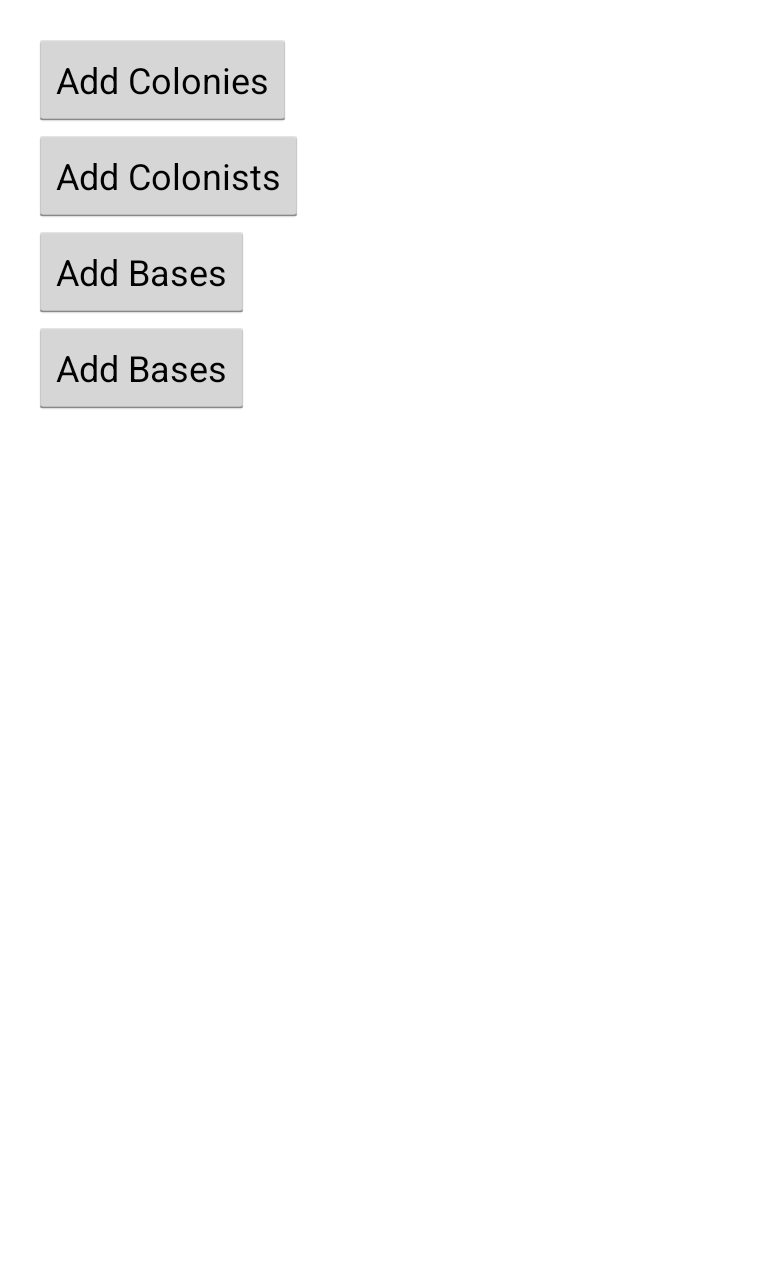
Repository: blender-head/android_basic
Layout: Hello_World/res/layout/activity_config_planet.xml
An editor plug-in stored every save of this project. The layout is shown before and after the next save, followed by the edit.
It is drawn on a 768 x 1280 px phone screen (xhdpi) without system bars, with theme AppTheme; the app's code is not run.

Above is the layout before, as saved 2013-12-31 17:29:15.

### Hello_World/res/layout/activity_config_planet.xml
<LinearLayout xmlns:android="http://schemas.android.com/apk/res/android"
    xmlns:tools="http://schemas.android.com/tools"
    android:layout_width="match_parent"
    android:layout_height="match_parent"
    android:paddingBottom="@dimen/activity_vertical_margin"
    android:paddingLeft="@dimen/activity_horizontal_margin"
    android:paddingRight="@dimen/activity_horizontal_margin"
    android:paddingTop="@dimen/activity_vertical_margin"
    android:orientation="vertical"
    tools:context=".ConfigPlanetActivity" >

    <Button
        android:id="@+id/coloniesButton"
		android:layout_width="wrap_content"
		android:layout_height="wrap_content"
		android:text="@string/button_name_colonies" />

    <Button
        android:id="@+id/colonistsButton"
		android:layout_width="wrap_content"
		android:layout_height="wrap_content"
		android:text="@string/button_name_colonists" />

    <Button
        android:id="@+id/basesButton"
		android:layout_width="wrap_content"
		android:layout_height="wrap_content"
		android:text="@string/button_name_bases" />

    <Button
        android:id="@+id/militaryButton"
		android:layout_width="wrap_content"
		android:layout_height="wrap_content"
		android:text="@string/button_name_bases" />

</LinearLayout>

### Hello_World/res/values/strings.xml
<?xml version="1.0" encoding="utf-8"?>
<resources>

    <string name="app_name">Hello_World</string>
    <string name="action_settings">Settings</string>
    <string name="hello_world">Hello world!</string>

    <!-- Labels -->
    <string name="planet_name_label">Planet Name: </string>
    <string name="planet_mass_label">Planet Mass: </string>
    <string name="planet_gravity_label">Planet Gravity: </string>
    <string name="planet_colonies_label">Planet Colonies: </string>
    <string name="planet_population_label">Planet Population: </string>
    <string name="planet_military_label">Planet Military: </string>
    <string name="planet_bases_label">Planet Bases: </string>
    <string name="planet_forcefield_label">Planet Forcefield: </string>

    <!-- Menus -->
    <string name="menu_add_planet">Add a New Planet</string>
    <string name="menu_config_planet">Configure Planet</string>
    <string name="menu_travel_planet">Travel to Planet</string>
    <string name="menu_attack_planet">Attack on Planet</string>
    <string name="menu_home_planet">Show Home Planet</string>
    <string name="title_activity_new_planet">NewPlanetActivity</string>

    <!-- Planet names -->
    <string name="content_desc_earth">Planet Earth</string>
    <string name="content_desc_mars">Planet Mars</string>
    <string name="content_desc_venus">Planet Venus</string>
    <string name="content_desc_jupiter">Planet Jupiter</string>
    <string name="content_desc_saturn">Planet Saturn</string>
    <string name="content_desc_neptune">Planet Neptune</string>
    <string name="title_activity_config_planet">ConfigPlanetActivity</string>

    <!-- Buttins -->
    <string name="button_name_colonies">Add Colonies</string>
	<string name="button_name_colonists">Add Colonists</string>
	<string name="button_name_bases">Add Bases</string>
	<string name="button_name_military">Add Military</string>
	<string name="button_name_ffon">Forcefield On</string>
	<string name="button_name_ffoff">Forcefield Off</string>

</resources>

Loaded but not shown: Hello_World/res/values/styles.xml (common file); Hello_World/res/values-v11/styles.xml (common file); Hello_World/res/values-v14/styles.xml (common file); Hello_World/res/values/dimens.xml (common file)

After the next save:
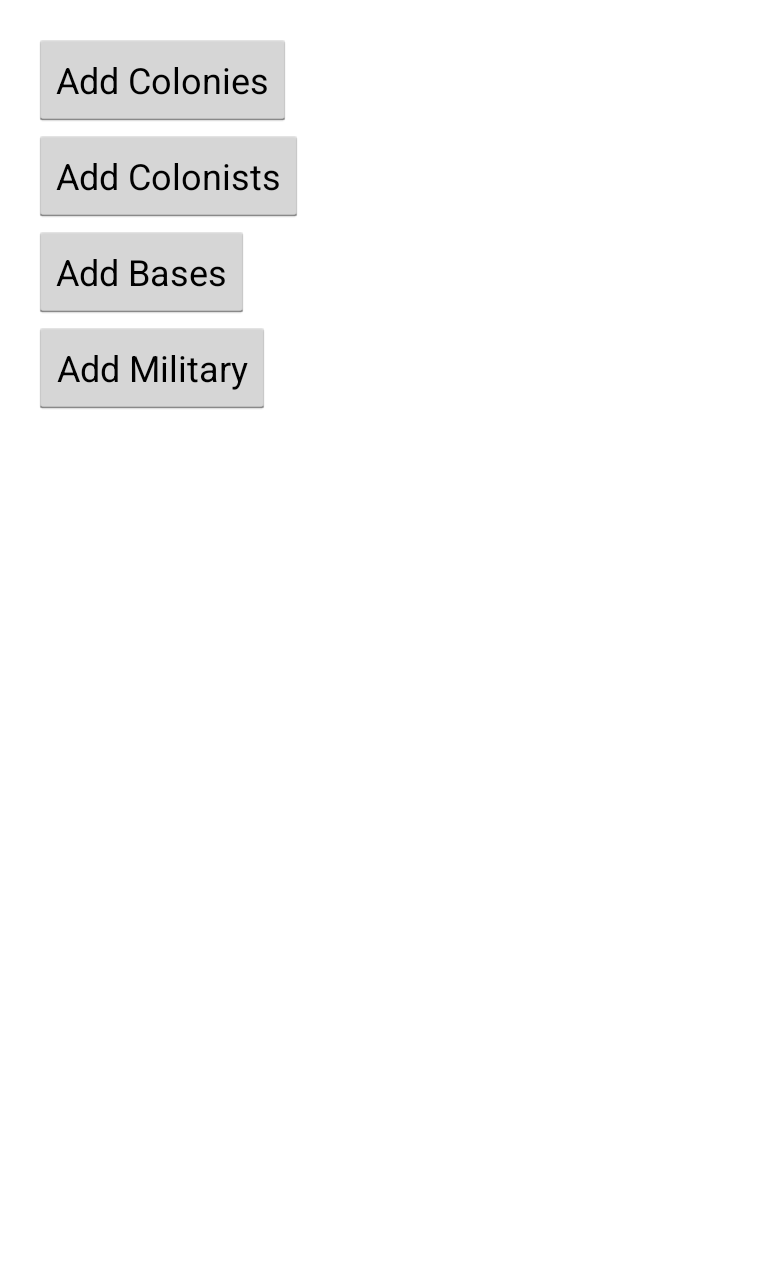
Saved 7 s later.
--- a/Hello_World/res/layout/activity_config_planet.xml
+++ b/Hello_World/res/layout/activity_config_planet.xml
@@ -31,6 +31,6 @@
         android:id="@+id/militaryButton"
 		android:layout_width="wrap_content"
 		android:layout_height="wrap_content"
-		android:text="@string/button_name_bases" />
+		android:text="@string/button_name_military" />
 
 </LinearLayout>
